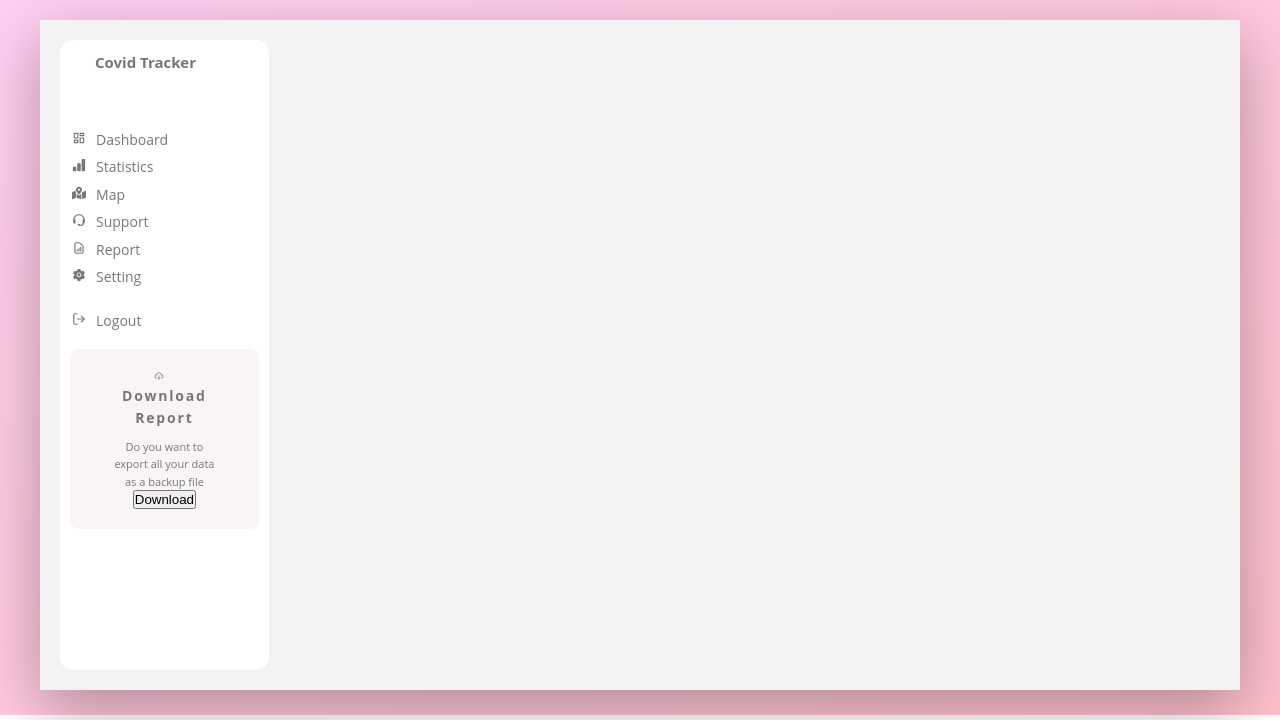
Repository: okidijimmy200/CovidAdminTracker
Page: /
The author's editor kept a copy of each file at every save. The page is drawn from the files as they stood at one save, then again after a run of saves.
The browser window is 1280 px wide. The pictures show the whole page.
The project was rebuilt for these pictures with package versions that can differ from the ones it lists, and the page was loaded fresh each time.

Above is the page before, as saved 2022-06-16 14:21:37.

After the next 3 saves:
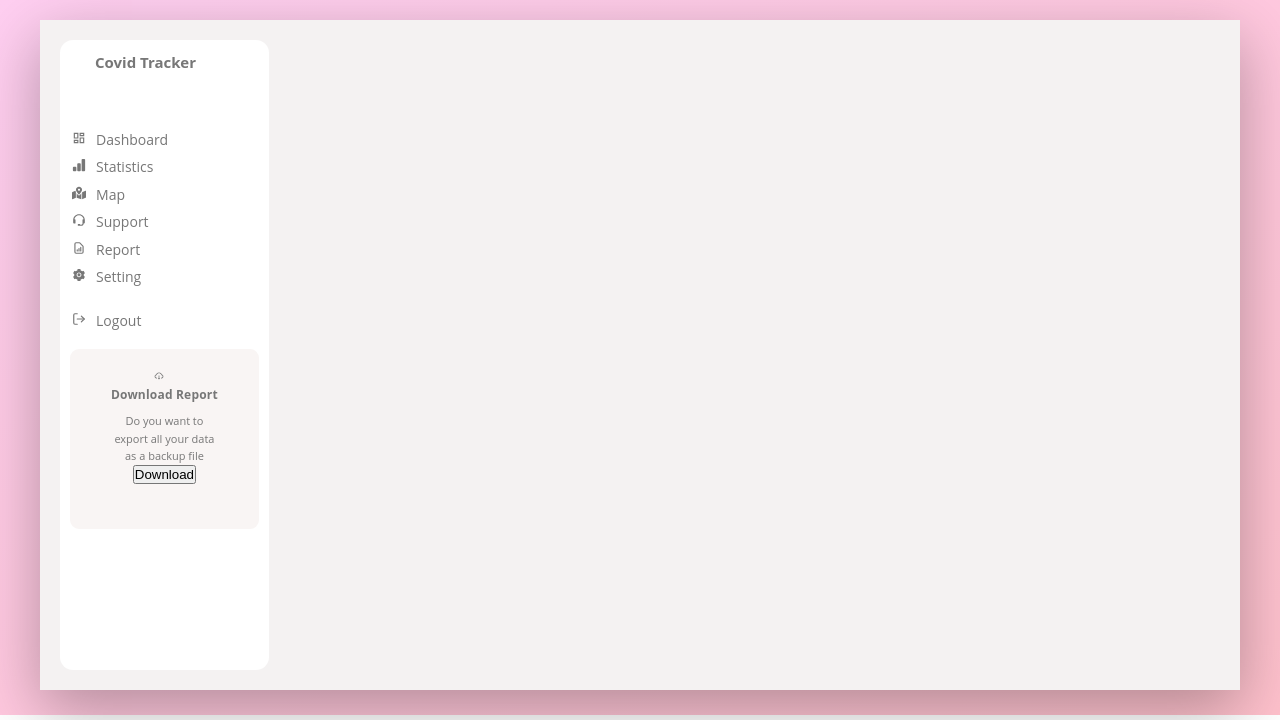
The 3 saves are shown as one change because they came seconds apart.
The last was saved 85 s later.
--- a/src/sidebar/sidebar.scss
+++ b/src/sidebar/sidebar.scss
@@ -89,9 +89,9 @@
     }
 }
 .title__download {
-    font-size: 1.4rem;
+    font-size: 1.2rem;
     font-weight:bolder;
-    letter-spacing: 1.8px;
+    letter-spacing: .2px;
     margin-bottom: .8rem;
 }
 
